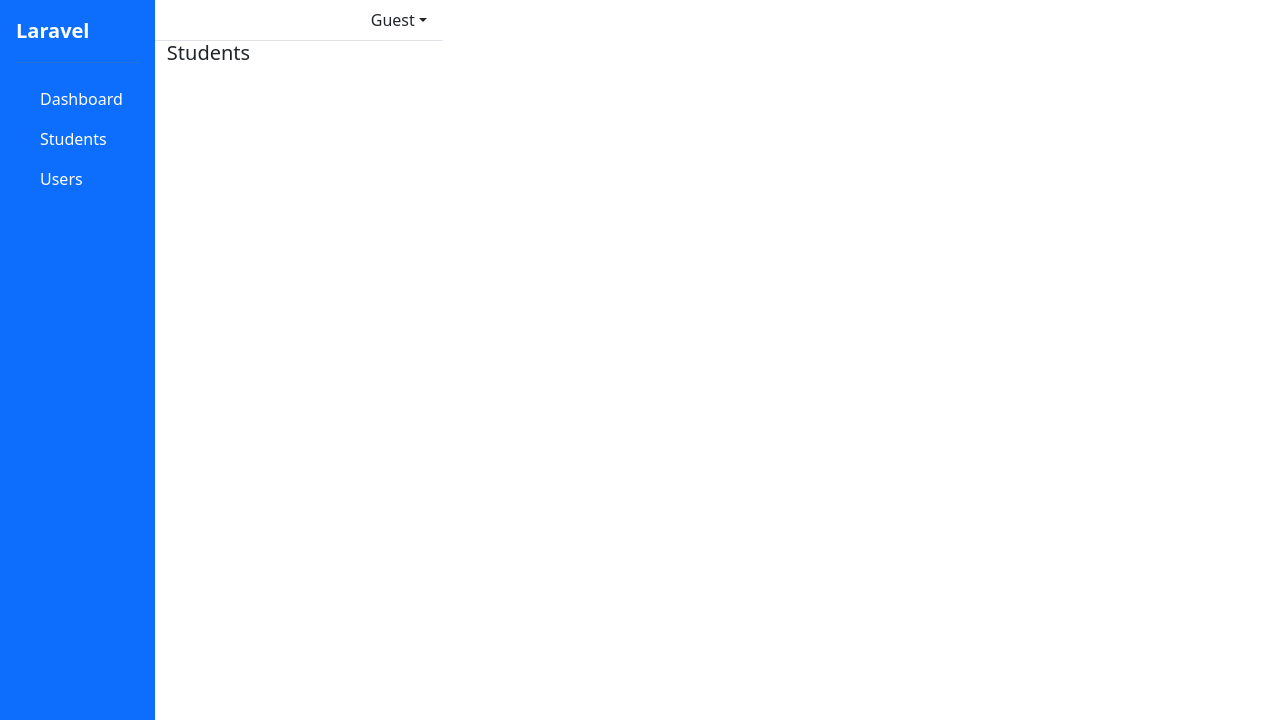
Repository: jaevoy2/lara_demo
Page: http://localhost/home
These files come from the project's save history. The page is drawn as it stood at one moment and after the next save; the edit follows.
The browser window is 1280 px wide. The pictures show the whole page.
The page is served by the project's Laravel application, run on PHP 8.4 with Laravel 12.

Above is the page before, as saved 2026-07-08 12:07:21.

After the next save:
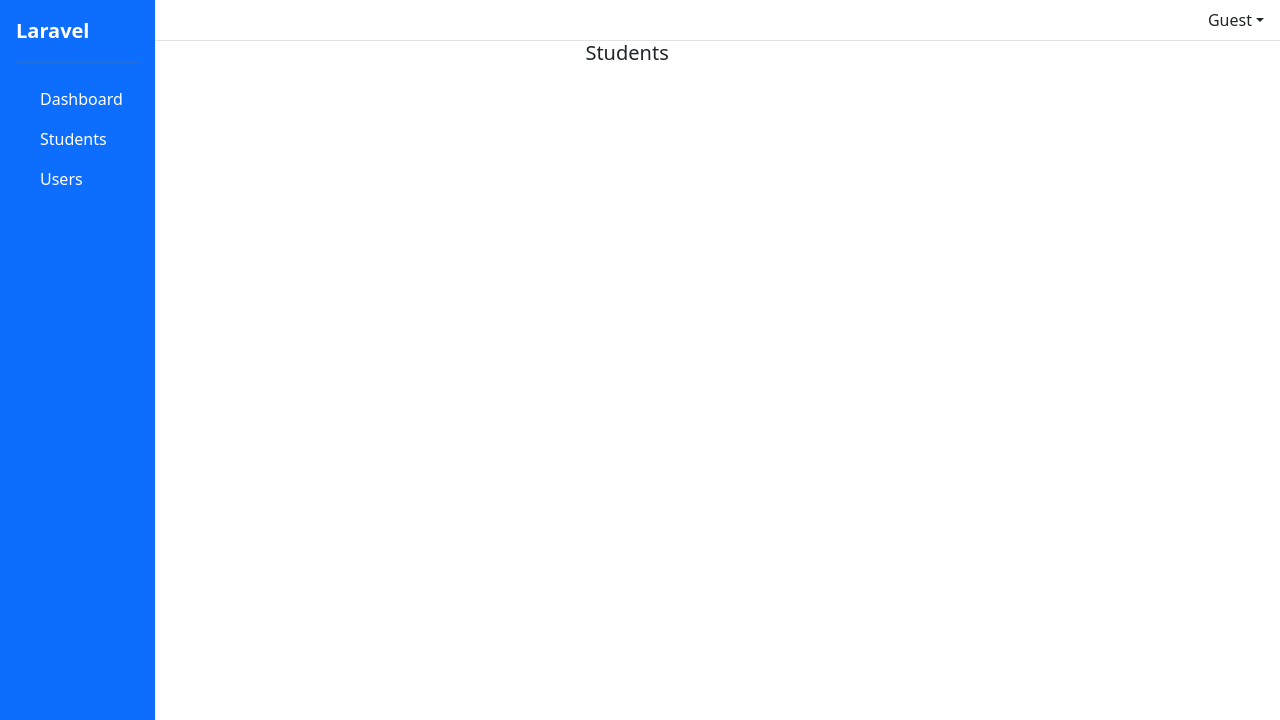
Saved 22 s later.
--- a/resources/views/_layout/_head.blade.php
+++ b/resources/views/_layout/_head.blade.php
@@ -11,7 +11,7 @@
     <div class="d-flex vh-100">
         @include('_layout._sidebar')
 
-        <div>
+        <div class="vw-100">
             @include('_layout._navbar')
             @yield('content')
         </div>
